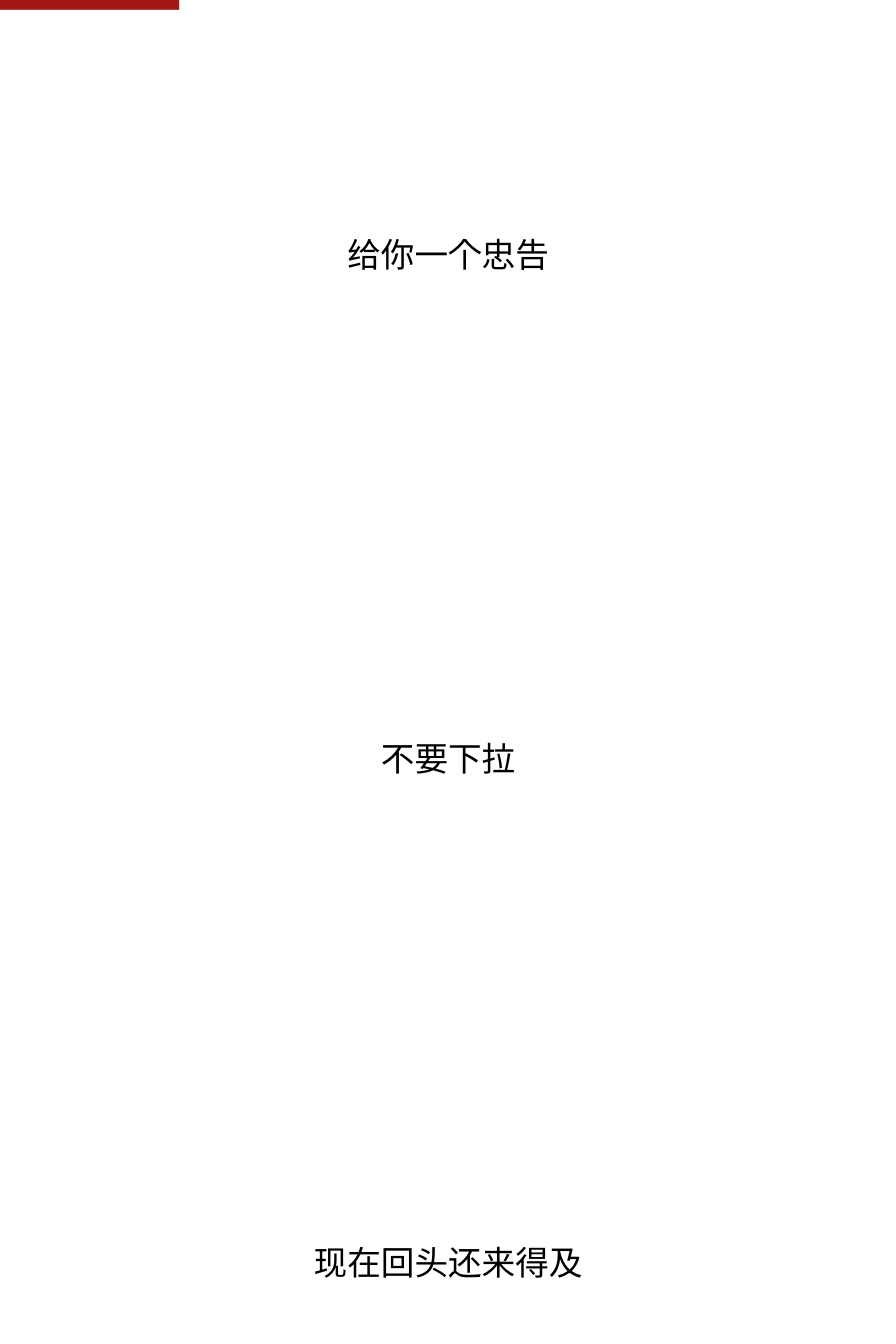
Repository: PUYIXIU/CSSMagic
Page: Animation/ScrollDrivenAnimation/index.html
The author's editor kept a copy of each file at every save. The page is drawn from the files as they stood at one save, then again after the next save.
The browser window is 1280 px wide. The pictures show the part of the page from y = 0 to 1920 px (the page is 7200 px tall), at 70% of full size.
Some web fonts or font styles are not loaded; a fallback is used.

Above is the page before, as saved 2024-09-03 10:39:38.

After the next save:
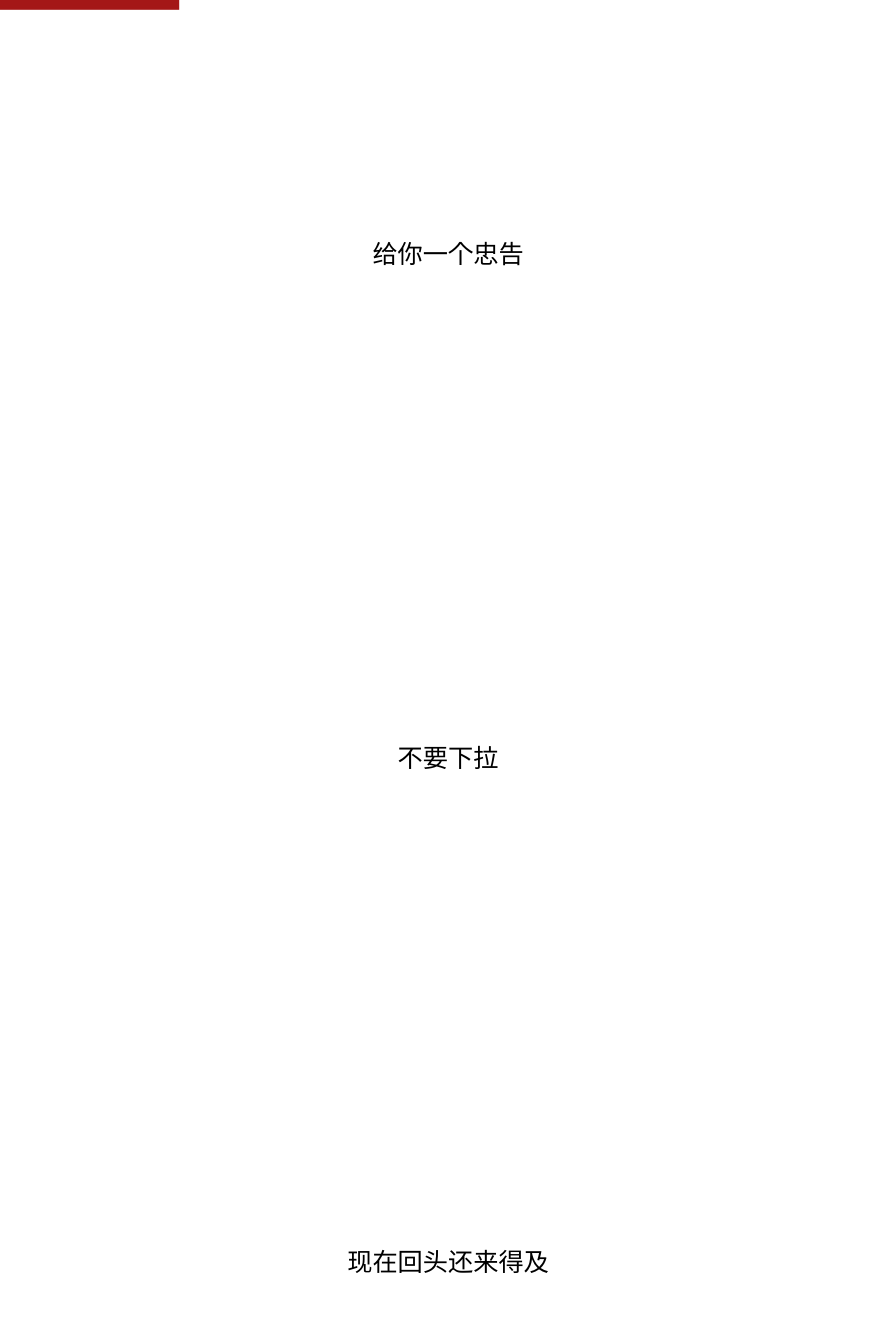
Saved 7 s later.
--- a/Animation/ScrollDrivenAnimation/index.html
+++ b/Animation/ScrollDrivenAnimation/index.html
@@ -23,7 +23,7 @@
             width:100%;
             display: grid;
             place-items: center;
-            font-size:3em;
+            font-size:5vmin;
             font-family:Xiang Cui;
         }
     </style>
